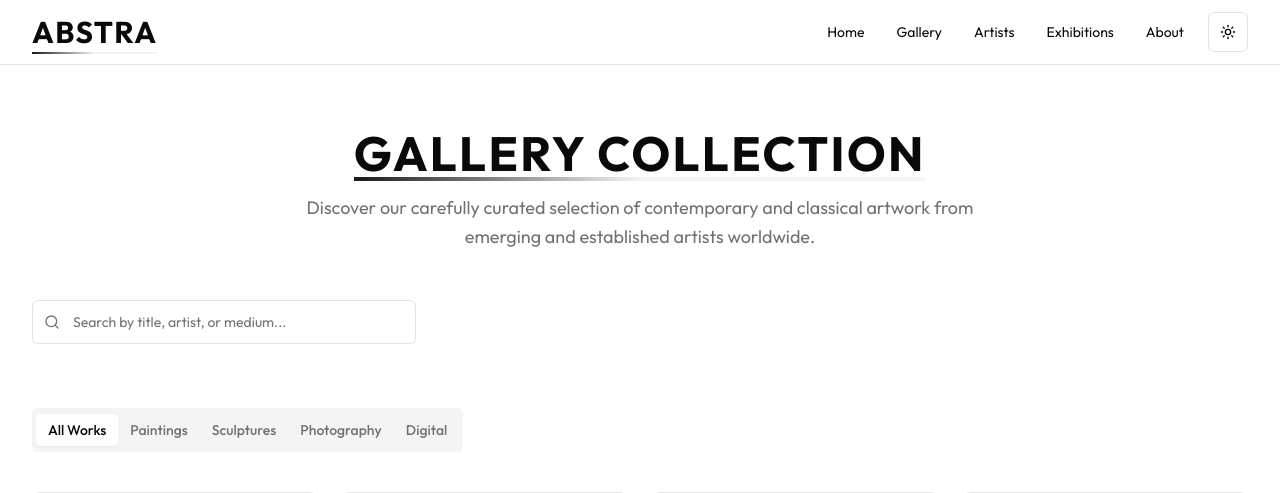
Repository: flow-ctrl369/gallery-cloneX
Page: /gallery
The author's editor kept a copy of each file at every save. The page is drawn from the files as they stood at one save, then again after the next save.
The browser window is 1280 px wide. The pictures show the part of the page from y = 0 to 493 px (the page is 2393 px tall).
Pictures or frames that could not be fetched are drawn as grey boxes. The project was rebuilt for these pictures with package versions that can differ from the ones it lists, and the page was loaded fresh each time. The framework's server and built-in components were replaced by stand-ins that run in the browser. Also part of the build but not shown: next.config.mjs.

Above is the page before, as saved 2025-06-02 16:59:56.

After the next save:
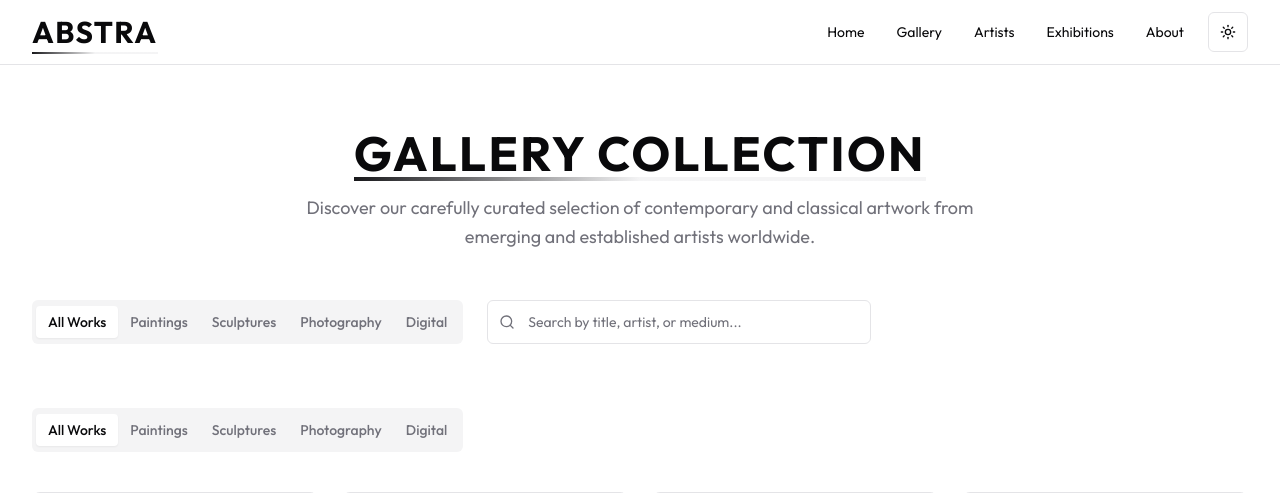
Saved 2 min 35 s later.
--- a/app/gallery/page.tsx
+++ b/app/gallery/page.tsx
@@ -27,14 +27,25 @@
 
           {/* Search and Filter Section */}
           <div className="flex flex-col md:flex-row justify-between items-start md:items-center gap-6 mb-8">
-            <div className="relative w-full md:w-96">
-              <Search className="absolute left-3 top-1/2 -translate-y-1/2 h-4 w-4 text-muted-foreground" />
-              <Input
-                placeholder="Search by title, artist, or medium..."
-                className="pl-10 h-11 text-base"
-                value={searchQuery}
-                onChange={(e) => setSearchQuery(e.target.value)}
-              />
+            <div className="flex flex-col md:flex-row items-center gap-6 w-full">
+              <Tabs defaultValue="all" className="w-full md:w-auto">
+                <TabsList className="h-11 mb-0">
+                  <TabsTrigger value="all">All Works</TabsTrigger>
+                  <TabsTrigger value="paintings">Paintings</TabsTrigger>
+                  <TabsTrigger value="sculptures">Sculptures</TabsTrigger>
+                  <TabsTrigger value="photography">Photography</TabsTrigger>
+                  <TabsTrigger value="digital">Digital</TabsTrigger>
+                </TabsList>
+              </Tabs>
+              <div className="relative w-full md:w-96">
+                <Search className="absolute left-3 top-1/2 -translate-y-1/2 h-4 w-4 text-muted-foreground" />
+                <Input
+                  placeholder="Search by title, artist, or medium..."
+                  className="pl-10 h-11 text-base"
+                  value={searchQuery}
+                  onChange={(e) => setSearchQuery(e.target.value)}
+                />
+              </div>
             </div>
           </div>
         </section>

After the save that followed:
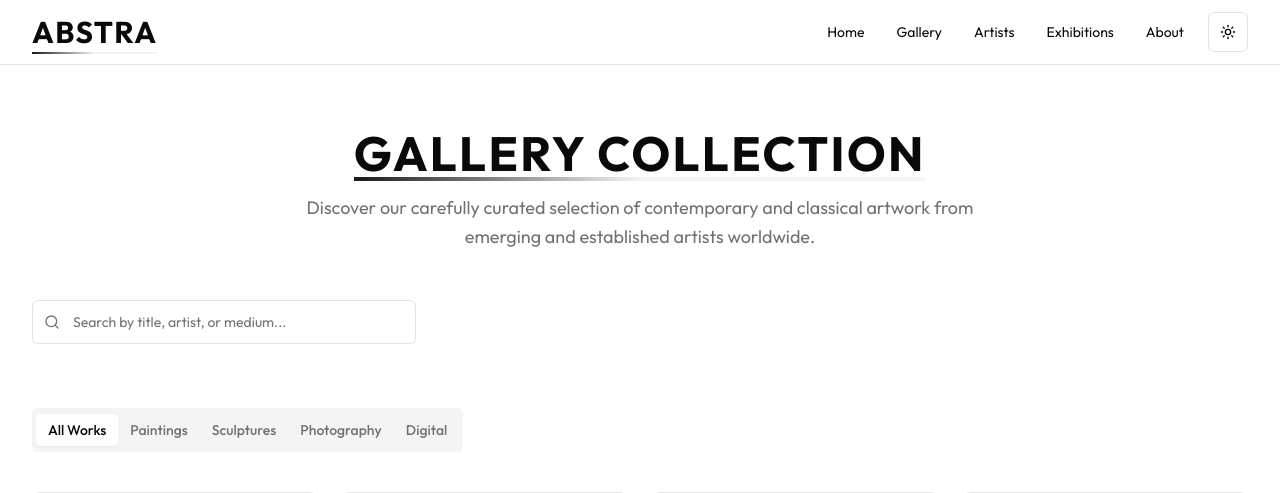
Saved 20 s later.
--- a/app/gallery/page.tsx
+++ b/app/gallery/page.tsx
@@ -27,25 +27,14 @@
 
           {/* Search and Filter Section */}
           <div className="flex flex-col md:flex-row justify-between items-start md:items-center gap-6 mb-8">
-            <div className="flex flex-col md:flex-row items-center gap-6 w-full">
-              <Tabs defaultValue="all" className="w-full md:w-auto">
-                <TabsList className="h-11 mb-0">
-                  <TabsTrigger value="all">All Works</TabsTrigger>
-                  <TabsTrigger value="paintings">Paintings</TabsTrigger>
-                  <TabsTrigger value="sculptures">Sculptures</TabsTrigger>
-                  <TabsTrigger value="photography">Photography</TabsTrigger>
-                  <TabsTrigger value="digital">Digital</TabsTrigger>
-                </TabsList>
-              </Tabs>
-              <div className="relative w-full md:w-96">
-                <Search className="absolute left-3 top-1/2 -translate-y-1/2 h-4 w-4 text-muted-foreground" />
-                <Input
-                  placeholder="Search by title, artist, or medium..."
-                  className="pl-10 h-11 text-base"
-                  value={searchQuery}
-                  onChange={(e) => setSearchQuery(e.target.value)}
-                />
-              </div>
+            <div className="relative w-full md:w-96">
+              <Search className="absolute left-3 top-1/2 -translate-y-1/2 h-4 w-4 text-muted-foreground" />
+              <Input
+                placeholder="Search by title, artist, or medium..."
+                className="pl-10 h-11 text-base"
+                value={searchQuery}
+                onChange={(e) => setSearchQuery(e.target.value)}
+              />
             </div>
           </div>
         </section>
